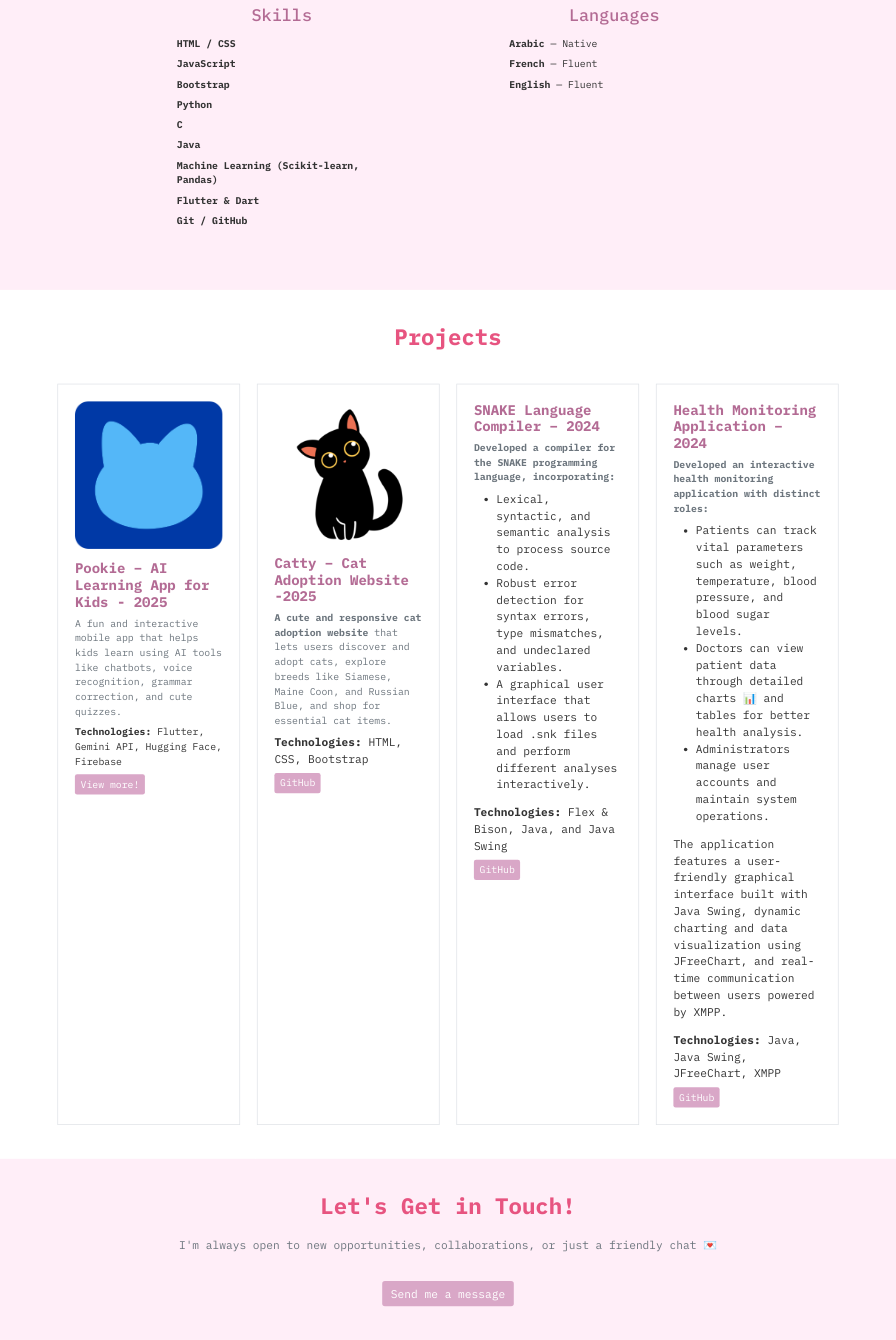
Repository: rihebtlh/portfolio
Page: new.html
These files come from the project's save history. The page is drawn as it stood at one moment and after the next save; the edit follows.
The browser window is 1280 px wide. The pictures show the part of the page from y = 2423 to 4343 px (the page is 4337 px tall before and 4343 px after), at 70% of full size.

Above is the page before, as saved 2025-07-02 17:46:13.

### new.html
<!DOCTYPE html>
<html lang="en">
<head>
  <meta charset="UTF-8" />
  <meta name="viewport" content="width=device-width, initial-scale=1.0" />
  <title>Riheb Talhi Portfolio</title>
  <link href="https://cdn.jsdelivr.net/npm/bootstrap@5.0.2/dist/css/bootstrap.min.css" rel="stylesheet" />
  <script src="https://cdn.jsdelivr.net/npm/bootstrap@5.0.2/dist/js/bootstrap.bundle.min.js"></script>
  <link rel="stylesheet" href="https://cdn.jsdelivr.net/npm/bootstrap-icons@1.10.5/font/bootstrap-icons.css">
  <link href="https://fonts.googleapis.com/css2?family=IBM+Plex+Mono:wght@400;500;700&display=swap" rel="stylesheet">

  <style>
    body {
      font-family: 'IBM Plex Mono', monospace;
      color: #333;
      background: #fff;
    }

    .navbar {
      background: rgba(255, 255, 255, 0.9);
      box-shadow: 0 4px 6px rgba(0, 0, 0, 0.05);
    }

    .navbar-nav .nav-link {
      color: #b36b94 !important;
      font-weight: 500;
    }

    .navbar-nav .nav-link:hover {
      color: #e75480 !important;
    }

    .btn-secondary {
      background-color: #d9a7c7;
      border: none;
    }

    .btn-secondary:hover {
      background-color: #e2b8d3;
    }

    h1, h2 {
      font-weight: 700;
    }

    .display-2 {
      color: #e75480;
    }

    .display-5 {
      color: #a070a8;
    }

    section {
      padding: 4rem 0;
    }

    .head {
      background-color: #ffeef8;
    }

    .about {
      background-color: #ffffff;
    }

    .about h2 {
      color: #e75480;
    }

    .about p {
      font-size: 1.1rem;
      color: #444;
      max-width: 800px;
    }

    img.rounded-circle {
      border: 4px solid #fff;
    }
    /* Simple timeline style */
  .timeline-item {
    border-left: 3px solid #e75480;
    padding-left: 1rem;
    position: relative;
  }
  .timeline-item::before {
    content: '';
    position: absolute;
    left: -9px;
    top: 0.4rem;
    width: 15px;
    height: 15px;
    background: #e75480;
    border-radius: 50%;
  }
  /* Fade-up effect */
    .fade-up {
      opacity: 0;
      transform: translateY(40px);
      transition: all 0.6s ease-in-out;
    }

    .fade-up.show {
      opacity: 1;
      transform: translateY(0);
    }

    /* Slide-in from left for the name */
    .slide-left {
      opacity: 0;
      transform: translateX(-100px);
      animation: slideLeft 1s ease-out forwards;
    }

    .btn-secondary:hover {
      background-color: #e2b8d3;
      transform: scale(1.03);
      transition: transform 0.2s ease-in-out;
    }

    @keyframes slideLeft {
      to {
        opacity: 1;
        transform: translateX(0);
      }
    }
    .floating {
      animation: float 3s ease-in-out infinite;
    }

    @keyframes float {
      0% { transform: translateY(0); }
      50% { transform: translateY(-10px); }
      100% { transform: translateY(0); }
    }
    .typewriter {
      overflow: hidden;
      border-right: .15em solid #e75480;
      white-space: nowrap;
      animation: typing 4s steps(30, end), blink .75s step-end infinite;
      font-size: 1.25rem;
      width: fit-content;
    }

    @keyframes typing {
      from { width: 0 }
      to { width: 100% }
    }

    @keyframes blink {
      from, to { border-color: transparent }
      50% { border-color: #e75480; }
    }



  </style>
</head>
<body>
  <!-- Navbar -->
  <nav class="navbar navbar-expand-md navbar-light fixed-top">
    <div class="container-xxl">
      <button class="navbar-toggler" type="button" data-bs-toggle="collapse" data-bs-target="#main-nav"
        aria-controls="main-nav" aria-expanded="false" aria-label="Toggle navigation">
        <span class="navbar-toggler-icon"></span>
      </button>

      <div class="collapse navbar-collapse justify-content-end align-items-center" id="main-nav">
        <ul class="navbar-nav">
          <li class="nav-item"><a class="nav-link" href="#about">About Me</a></li>
          <li class="nav-item"><a class="nav-link" href="#resume">My Resume</a></li>
          <li class="nav-item"><a class="nav-link" href="#skills">Skills & Languages</a></li>
          <li class="nav-item"><a class="nav-link" href="#projects">Projects</a></li>
          <li class="nav-item ms-2 d-none d-md-inline">
            <a class="btn btn-secondary" href="#contact">Contact me here!</a>
          </li>
        </ul>
      </div>
    </div>
  </nav>

  <!-- Hero Section -->
    <section class="head d-flex align-items-center fade-up" style="min-height: 100vh;" id="home">
    <div class="container-lg">
        <div class="row justify-content-center align-items-center">
        <div class="col-md-8 text-start">
            <h1>
            <div class="display-2 fw-bold slide-left">Riheb Talhi</div>
            <div class="display-5 ">Computer Science Student</div>
            <div class="display-6 text-muted typewriter">just love to solve real-world problems through creative coding.</div>
            </h1>
        </div>
        <div class="col-md-4 text-center d-none d-md-block">
            <span class="tt" data-bs-placement="bottom" title="pic"><img src="/assets/pic.jpg" alt="Your photo" class="img-fluid rounded-circle shadow floating" style="max-height: 400px;"></span>
        </div>
        </div>
    </div>
    </section>


  <!-- About Me Section (White) -->
  <section class="about fade-up" id="about">
    <div class="container-lg">
      <div class="row justify-content-center">
        <div class="col-md-5">
          <h2 class="mb-4">About Me</h2>
          <p><strong>Name:</strong> Riheb Talhi</p>
          <p><strong>Education:</strong> university of science and technology of oran - mohamed boudiaf</p>
          <div class="row justify-content-center">
            <div class="col-md-6">
              <ul class="list-unstyled small text-start mx-auto" style="max-width: 400px;">
                <li class="mb-3">
                  <i class="bi bi-envelope-heart-fill text-secondary me-2"></i>
                  <strong>Email:</strong> <a href="mailto:talhiriheb@gmail.com" class="text-dark">talhiriheb@gmail.com</a>
                </li>
                <li class="mb-3">
                  <i class="bi bi-linkedin text-secondary me-2"></i>
                  <strong>LinkedIn:</strong> <a href="https://www.linkedin.com/in/riheb-talhi-bab320293" target="_blank" class="text-dark">Riheb Talhi</a>
                </li>
                <li class="mb-3">
                  <i class="bi bi-github text-secondary me-2"></i>
                  <strong>GitHub:</strong> <a href="https://github.com/rihebtlh" target="_blank" class="text-dark">@rihebtlh</a>
                </li>
              </ul>
            </div>
          </div>
          <p >
            I love building smart, helpful apps and exploring the world of artificial intelligence.
            Currently, I'm focused on AI development especially in natural language processing (NLP) and machine learning (ML).
          </p>

        </div>
      </div>
    </div>
  </section>
  <!-- Resume Section -->
    <section id="resume" class="py-5 fade-up" style="background:#fff;">
        <div class="container-lg">
            <h2 class="mb-5" style="color:#e75480;">My Resume</h2>
            <div class="row">

            <!-- Education -->
            <div class="col-md-6 mb-4">
                <h4 class="mb-4" style="color:#b36b94;">Education</h4>
                <div class="timeline">
                <div class="timeline-item mb-4">
                    <h5 class="mb-1 fw-bold">University of Science and Technology of Oran - Mohamed Boudiaf</h5>
                    <p class="text-muted mb-0"><small>Bachelor's Degree in Computer Science</small></p>
                    <p class="text-muted"><small>2022 - 2025</small></p>
                    <p>Focused on software development, AI, and data structures.</p>
                </div>
                <!-- Add more education here if needed -->
                </div>
            </div>

            <!-- Experience -->
            <div class="col-md-6 mb-4">
                <h4 class="mb-4" style="color:#b36b94;">Experience</h4>
                <div class="timeline">
                <div class="timeline-item mb-4">
                    <h5 class="mb-1 fw-bold">Internship at XYZ Company</h5>
                    <p class="text-muted mb-0"><small>Summer 2023</small></p>
                    <p>Worked on developing web applications and learning Agile methodologies.</p>
                </div>
                <div class="timeline-item mb-4">
                    <h5 class="mb-1 fw-bold">Freelance Web Developer</h5>
                    <p class="text-muted mb-0"><small>2022 - Present</small></p>
                    <p>Built personal and small business websites with modern UI/UX design.</p>
                </div>
                <!-- Add more experience as needed -->
                </div>
            </div>
            </div>
            <!-- Certifications -->
            <div class="col-md-4 mb-4">
                <h4 class="mb-4" style="color:#b36b94;">Certifications</h4>
                <div class="timeline">
                <div class="timeline-item mb-4">
                    <h5 class="fw-bold">Intro to ChatGPT and Generative AI</h5>
                    <p class="text-muted"><small>365 Data Science · nov 2024 ID CC-41B1262EA4</small></p>
                    <p>Gained foundational knowledge of ChatGPT, generative AI concepts, prompt engineering, and ethical AI use.</p>
                </div>
                <div class="timeline-item mb-4">
                    <h5 class="fw-bold">AI For Everyone</h5>
                    <p class="text-muted"><small>Coursera · 2023</small></p>
                    <p>Introduction to AI principles and how AI is used in real-world systems.</p>
                </div>
                </div>
            </div>
        </div>
    </section>
    <!-- Skills & Languages Section -->
    <section id="skills" class="py-5 fade-up" style="background-color: #ffeef8;">
    <div class="container-lg text-center">
        <h2 class="mb-5" style="color: #e75480;">Skills & Languages</h2>

        <div class="row justify-content-center">
        <!-- Skills -->
        <div class="col-md-5 mb-4">
            <h4 class="mb-3" style="color: #b36b94;">Skills</h4>
            <ul class="list-unstyled small text-start mx-auto" style="max-width: 300px;">
            <li class="mb-2"><strong>HTML / CSS</strong></li>
            <li class="mb-2"><strong>JavaScript</strong></li>
            <li class="mb-2"><strong>Bootstrap</strong></li>
            <li class="mb-2"><strong>Python</strong></li>
            <li class="mb-2"><strong>C</strong></li>
            <li class="mb-2"><strong>Java</strong></li>
            <li class="mb-2"><strong>Machine Learning (Scikit-learn, Pandas)</strong></li>
            <li class="mb-2"><strong>Flutter & Dart</strong></li>
            <li class="mb-2"><strong>Git / GitHub</strong></li>
            </ul>
        </div>

        <!-- Languages -->
        <div class="col-md-5 mb-4">
            <h4 class="mb-3" style="color: #b36b94;">Languages</h4>
            <ul class="list-unstyled small text-start mx-auto" style="max-width: 300px;">
            <li class="mb-2"><strong>Arabic</strong> — Native</li>
            <li class="mb-2"><strong>French</strong> — Fluent</li>
            <li class="mb-2"><strong>English</strong> — Fluent</li>
            </ul>
        </div>
        </div>
    </div>
    </section>
    <!-- Projects Section -->
    <section id="projects" class="py-5 fade-up" style="background-color: #fff;">
      <div class="container-lg">
        <h2 class="mb-5 text-center" style="color: #e75480;">Projects</h2>

        <div class="row justify-content-center g-4">
          <div class="col-md-3">
            <div class="p-4 border rounded-4 h-100" style="border-color: #ffd6e8; background-color: #fff;">
              <img src="assets/Group.png" alt="Pookie App Preview" class="img-fluid rounded mb-3" style="max-height: 300px; width: 100%; object-fit: cover;">
              <h5 class="fw-bold" style="color: #b36b94;">Pookie – AI Learning App for Kids - 2025</h5>
              <p class="text-muted small mb-2">
                A fun and interactive mobile app that helps kids learn using AI tools like chatbots, voice recognition, grammar correction, and cute quizzes.
              </p>
              <p class="mb-2 small"><strong>Technologies:</strong> Flutter, Gemini API, Hugging Face, Firebase</p>
              <a href="#" target="_blank" class="btn btn-sm btn-secondary">View more!</a>
            </div>
          </div>

          <!-- Project 1 -->
          <div class="col-md-3">
            <div class="p-4 border rounded-4 h-100" style="border-color: #ffd6e8; background-color: #fff;">
              <!-- Project Image -->
              <img src="assets/catLogo.webp" alt="Catty Website Preview" class="img-fluid rounded mb-2">
              <!-- Project Content -->
              <h5 class="fw-bold" style="color: #b36b94;">Catty – Cat Adoption Website -2025</h5>
              <p class="text-muted small mb-2"><strong>A cute and responsive cat adoption website</strong> that lets users discover and adopt cats, explore breeds like Siamese, Maine Coon, and Russian Blue, and shop for essential cat items.</p>
              <p class="mb-2"><strong>Technologies:</strong> HTML, CSS, Bootstrap</p>
              <a href="https://github.com/rihebtlh/catty-storefront" target="_blank" class="btn btn-sm btn-secondary">GitHub</a>
            </div>
          </div>
          <!-- Project 2 -->
          <div class="col-md-3">
            <div class="p-4 border rounded-4 h-100" style="border-color: #ffd6e8;">
              <h5 class="fw-bold" style="color: #b36b94;">SNAKE Language Compiler – 2024</h5>
              <p class="text-muted small mb-2"><strong>Developed a compiler for the SNAKE programming language, incorporating:</strong></p>
              <p class="text-muted small mb-2">
                <ul>
                  <li>Lexical, syntactic, and semantic analysis to process source code.</li>
                  <li>Robust error detection for syntax errors, type mismatches, and undeclared variables.</li>
                  <li>A graphical user interface that allows users to load .snk files and perform different analyses interactively.</li>
                </ul>
              </p>
              <p class="mb-2"><strong>Technologies:</strong> Flex & Bison, Java, and Java Swing</p>
              <a href="https://github.com/rihebtlh/Compilation" target="_blank" class="btn btn-sm btn-secondary">GitHub</a>
            </div>
          </div>
          <!-- Project 3 -->
          <div class="col-md-3">
            <div class="p-4 border rounded-4 h-100" style="border-color: #ffd6e8;">
              <h5 class="fw-bold" style="color: #b36b94;">Health Monitoring Application – 2024</h5>
              <p class="text-muted small mb-2"><strong>Developed an interactive health monitoring application with distinct roles:</strong></p>
              <p class="text-muted small mb-2">
                <ul>
                  <li>Patients can track vital parameters such as weight, temperature, blood pressure, and blood sugar levels.</li>
                  <li>Doctors can view patient data through detailed charts 📊 and tables for better health analysis.</li>
                  <li>Administrators manage user accounts and maintain system operations.</li>
                </ul>
                <p>
                  The application features a user-friendly graphical interface built with Java Swing,
                  dynamic charting and data visualization using JFreeChart,
                  and real-time communication between users powered by XMPP.
                </p></p>
              <p class="mb-2"><strong>Technologies:</strong> Java, Java Swing, JFreeChart, XMPP</p>
              <a href="https://github.com/rihebtlh/health" target="_blank" class="btn btn-sm btn-secondary">GitHub</a>
            </div>
          </div>
        </div>
      </div>
    </section>
    <!-- Contact Section -->
    <section id="contact" class="py-5" style="background-color: #ffeef8;">
      <div class="container-lg text-center">
        <h2 class="mb-4" style="color: #e75480;">Let's Get in Touch!</h2>
        <p class="mb-4 text-muted">I'm always open to new opportunities, collaborations, or just a friendly chat 💌</p>
        <!-- Contact -->
        <div class="row justify-content-center">
          <div class="col-md-6">
            <a href="mailto:talhiriheb@gmail.com" class="btn btn-secondary mt-3">Send me a message</a>
          </div>
        </div>
      </div>
    </section>
  <!-- Tooltip Init -->
  <script>
    const tooltips = document.querySelectorAll('.tt');
    tooltips.forEach(t => {
      new bootstrap.Tooltip(t);
    });

  // Fade-up on scroll
  const fadeElems = document.querySelectorAll('.fade-up');
  const showOnScroll = () => {
    fadeElems.forEach(el => {
      const rect = el.getBoundingClientRect();
      if (rect.top < window.innerHeight - 100) {
        el.classList.add('show');
      }
    });
  };
  window.addEventListener('scroll', showOnScroll);
  window.addEventListener('load', showOnScroll);
  </script>


</body>
</html>

After the next save:
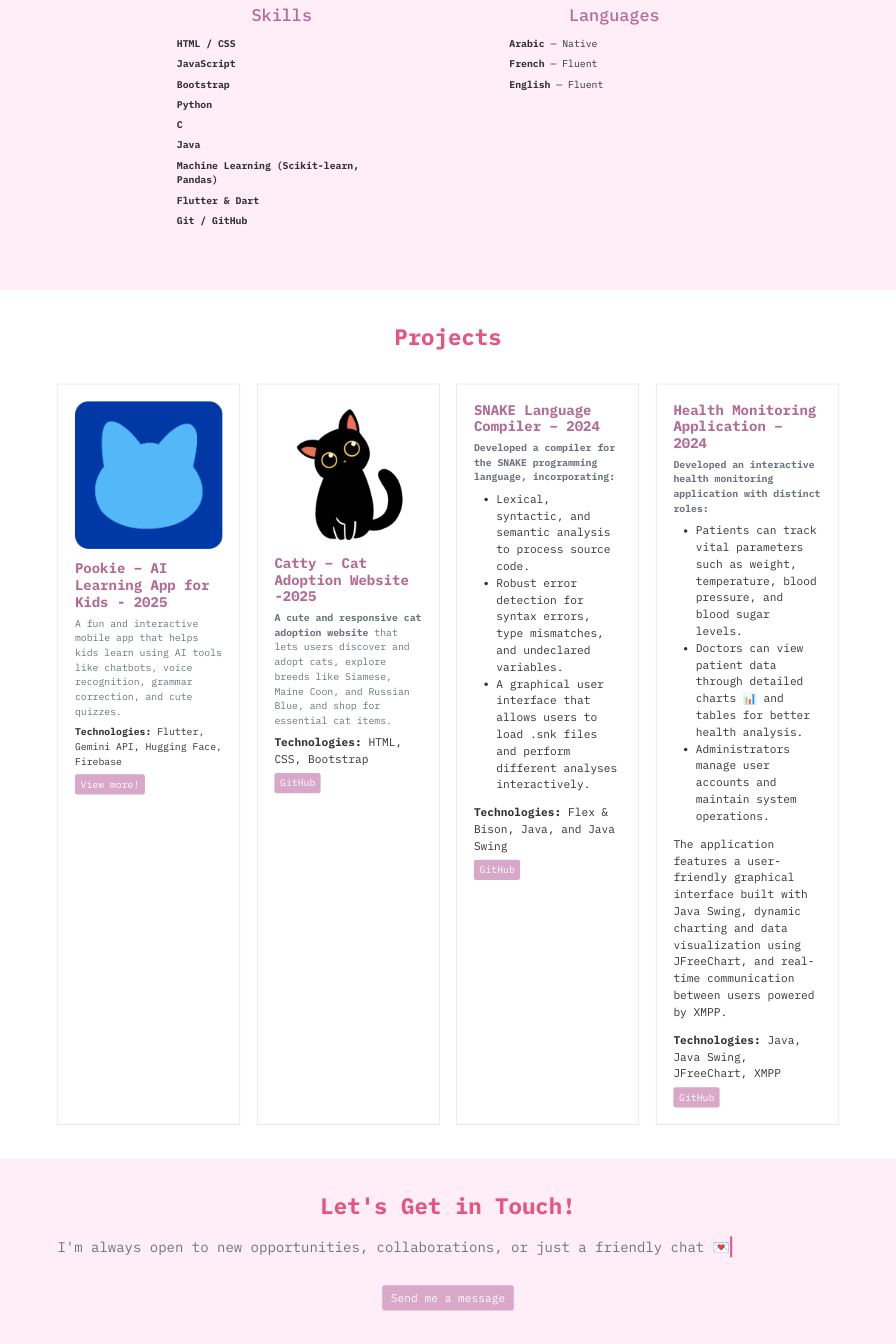
Saved 23 s later.
--- a/new.html
+++ b/new.html
@@ -395,7 +395,7 @@
     <section id="contact" class="py-5" style="background-color: #ffeef8;">
       <div class="container-lg text-center">
         <h2 class="mb-4" style="color: #e75480;">Let's Get in Touch!</h2>
-        <p class="mb-4 text-muted">I'm always open to new opportunities, collaborations, or just a friendly chat 💌</p>
+        <p class="mb-4 text-muted typewriter">I'm always open to new opportunities, collaborations, or just a friendly chat 💌</p>
         <!-- Contact -->
         <div class="row justify-content-center">
           <div class="col-md-6">

After the save that followed:
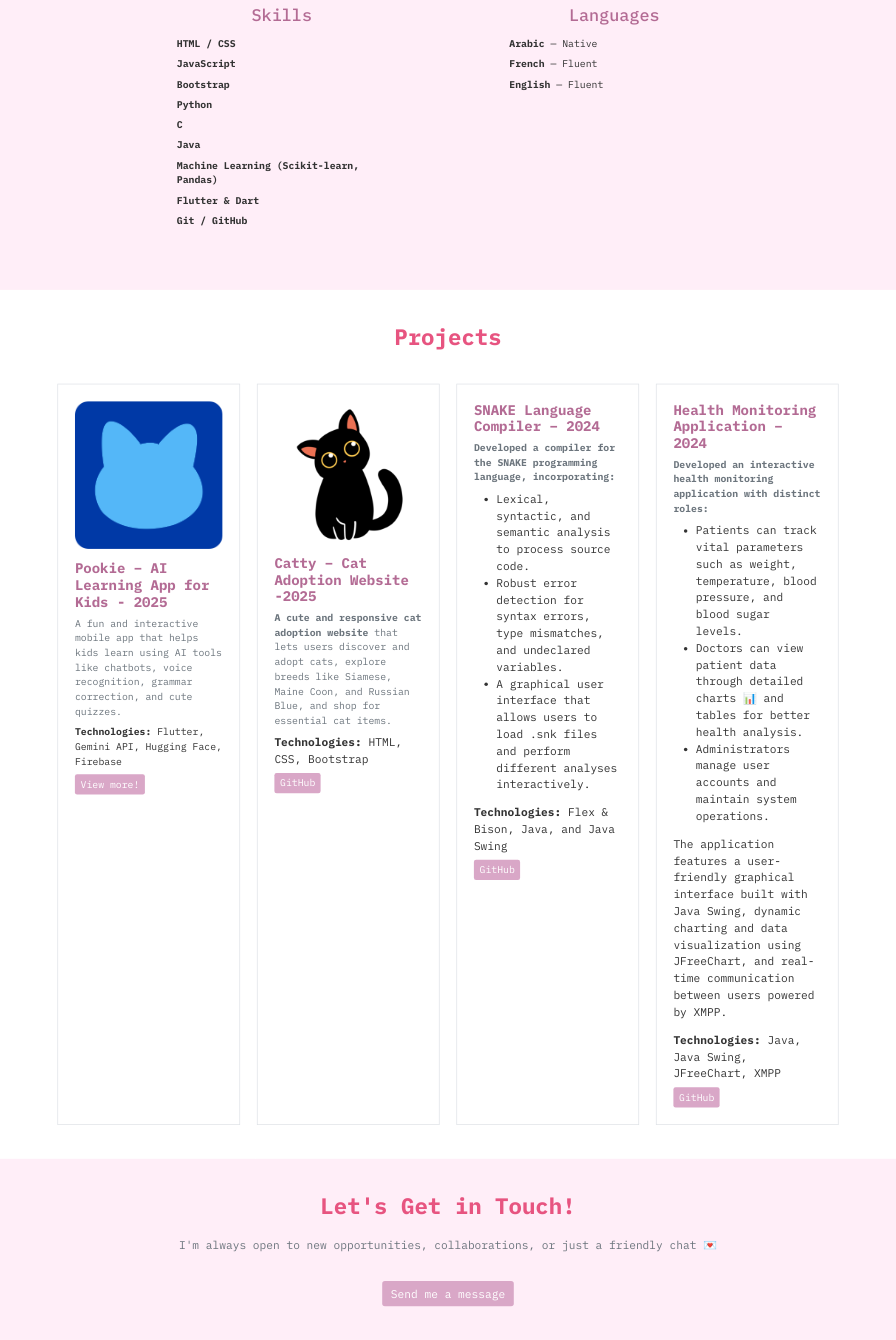
Saved 19 s later.
--- a/new.html
+++ b/new.html
@@ -395,7 +395,7 @@
     <section id="contact" class="py-5" style="background-color: #ffeef8;">
       <div class="container-lg text-center">
         <h2 class="mb-4" style="color: #e75480;">Let's Get in Touch!</h2>
-        <p class="mb-4 text-muted typewriter">I'm always open to new opportunities, collaborations, or just a friendly chat 💌</p>
+        <p class="mb-4 text-muted">I'm always open to new opportunities, collaborations, or just a friendly chat 💌</p>
         <!-- Contact -->
         <div class="row justify-content-center">
           <div class="col-md-6">
